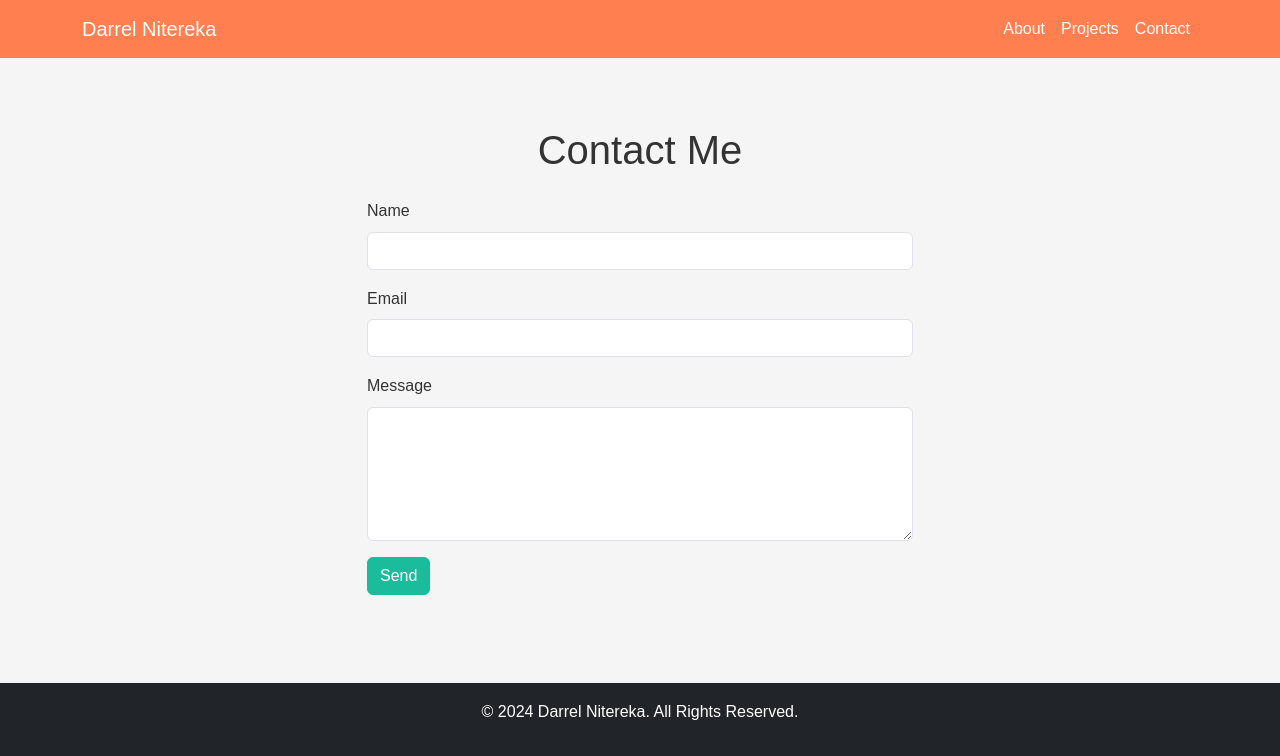
Repository: DarrelN15/DarrelN15.github.io
Page: contact.html
The author's editor kept a copy of each file at every save. The page is drawn from the files as they stood at one save, then again after the next save.
The browser window is 1280 px wide. The pictures show the whole page.

Above is the page before, as saved 2025-01-28 17:26:39.

After the next save:
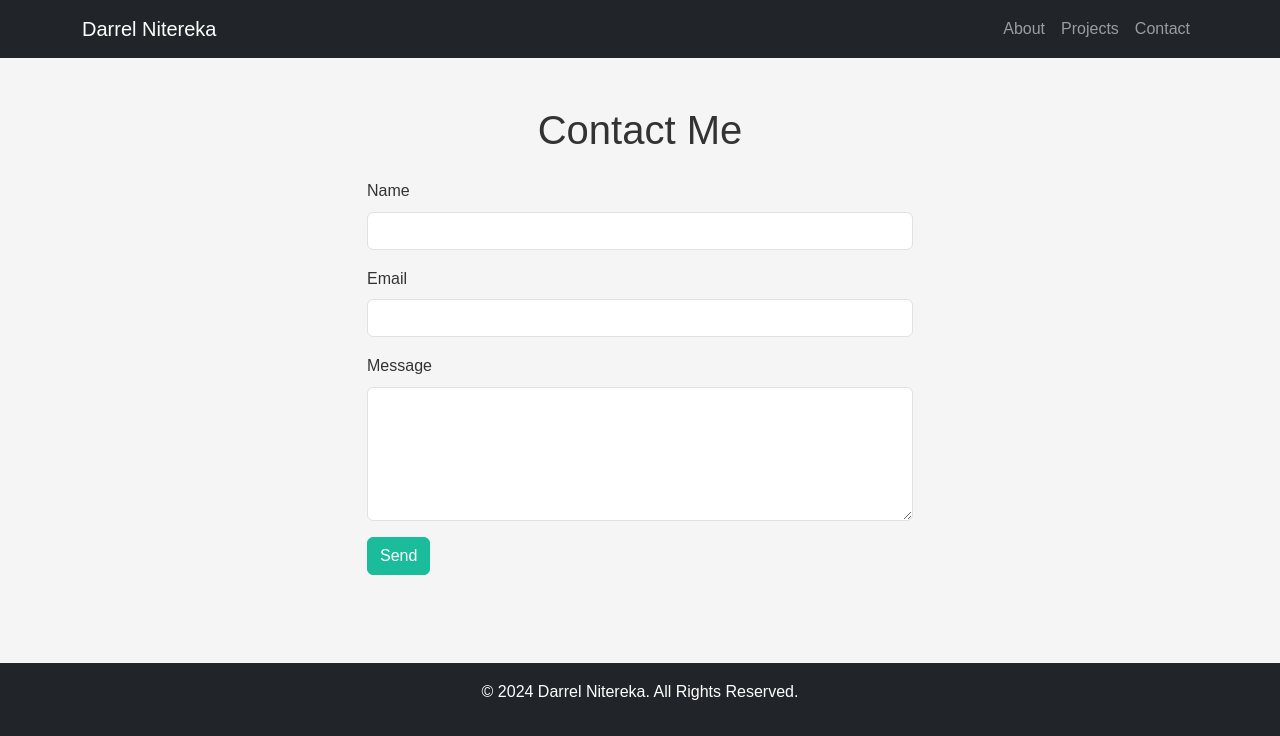
Saved 5 s later.
--- a/css/styles.css
+++ b/css/styles.css
@@ -10,20 +10,7 @@
   color: #333333;
 }
 
-.navbar {
-  background-color: #FF7F50 !important; /* Coral */
-  margin-bottom: 20px;
-}
 
-.navbar-dark .navbar-nav .nav-link {
-  color: #FFFFFF !important; /* White text for navbar links */
-}
-
-header {
-  background: #FF7F50; /* Coral */
-  color: #FFFFFF; /* White text */
-  padding: 60px 0;
-}
 
 .btn-primary {
   background-color: #1ABC9C !important; /* Teal */

After the 2 saves that followed:
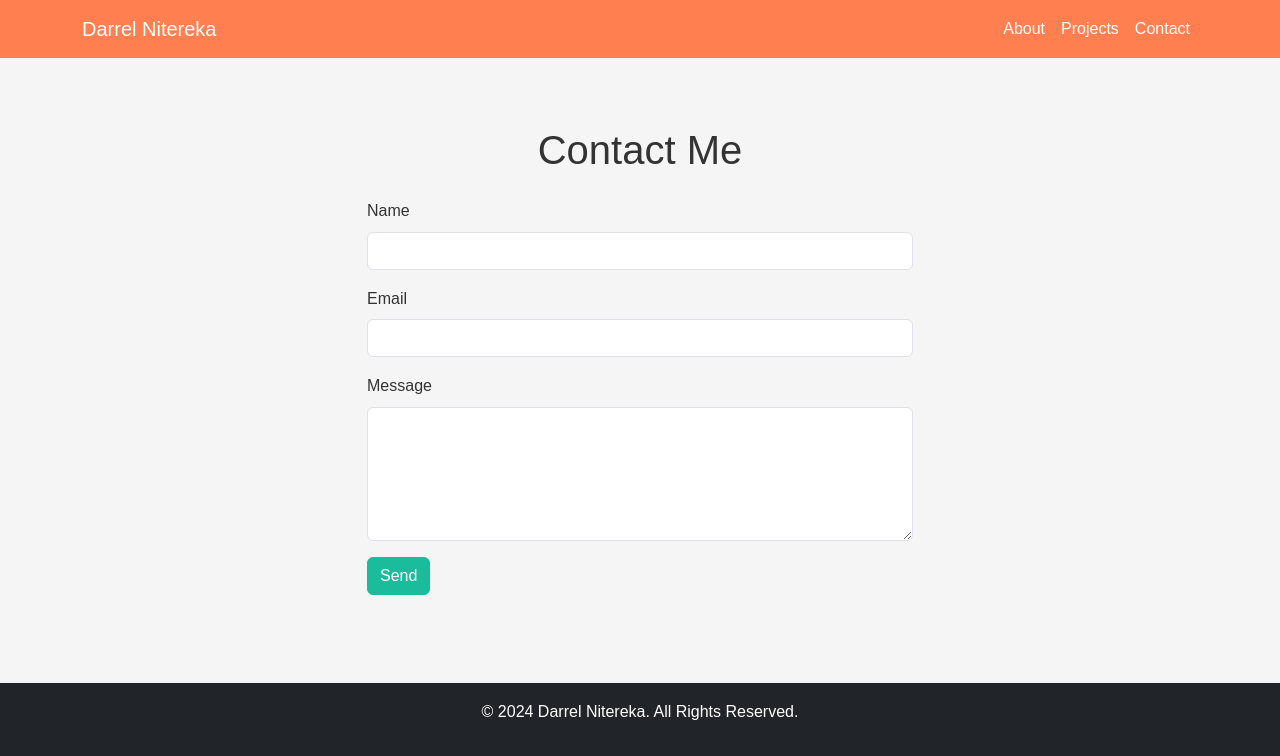
The 2 saves are shown as one change because they came seconds apart.
The last was saved 7 s later.
--- a/css/styles.css
+++ b/css/styles.css
@@ -10,7 +10,20 @@
   color: #333333;
 }
 
+.navbar {
+  background-color: #FF7F50 !important; /* Coral */
+  margin-bottom: 20px;
+}
 
+.navbar-dark .navbar-nav .nav-link {
+  color: #FFFFFF !important; /* White text for navbar links */
+}
+
+header {
+  background: #FF7F50; /* Coral */
+  color: #FFFFFF; /* White text */
+  padding: 60px 0;
+}
 
 .btn-primary {
   background-color: #1ABC9C !important; /* Teal */
